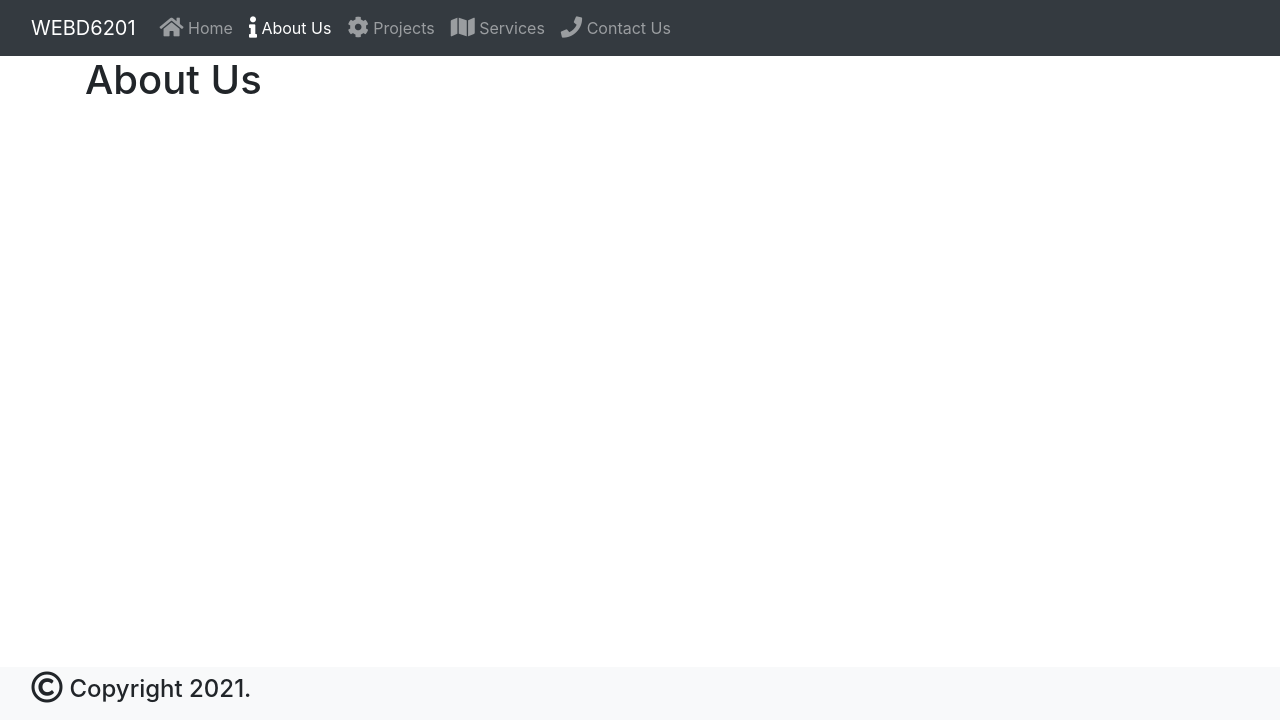
Repository: arbin6ix/ICE-2
Page: about.html
The author's editor kept a copy of each file at every save. The page is drawn from the files as they stood at one save, then again after the next save.
The browser window is 1280 px wide. The pictures show the whole page.

Above is the page before, as saved 2021-02-05 22:08:41.

After the next save:
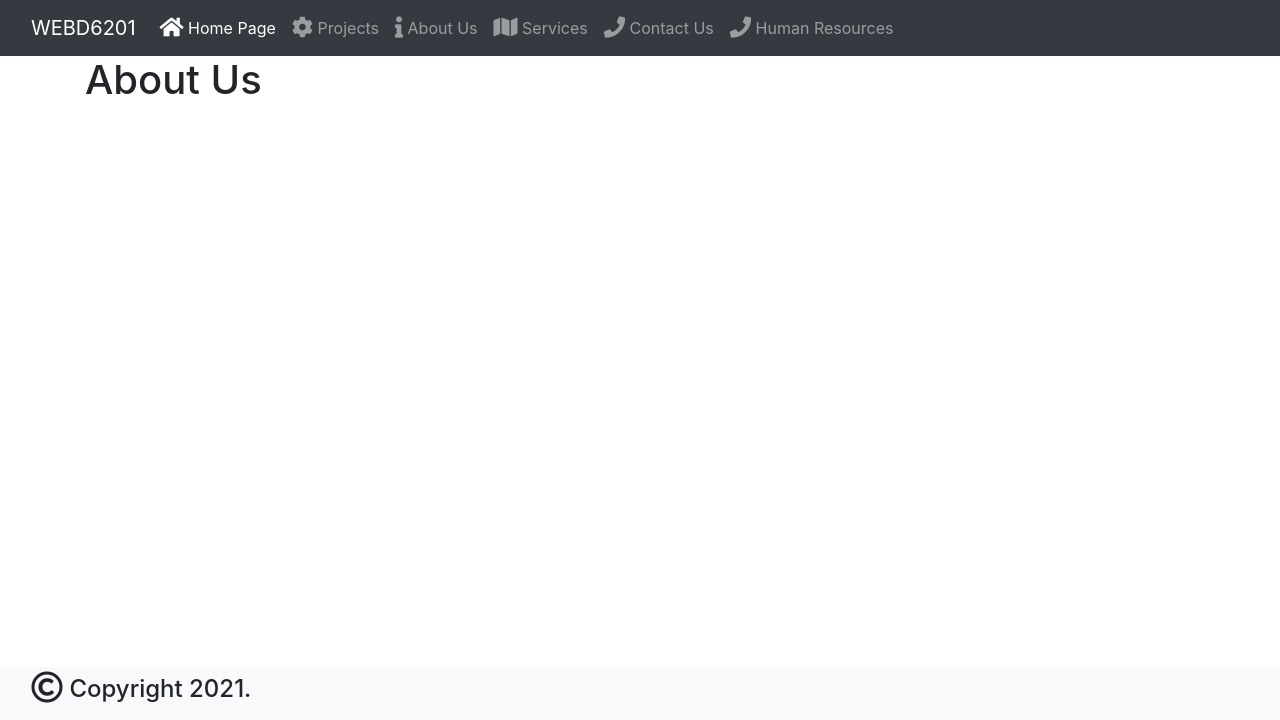
Saved 26 s later.
--- a/about.html
+++ b/about.html
@@ -12,39 +12,43 @@
 <body>
     <!-- Main Header -->
     <header>
-        <!-- Main Navigation -->
-        <nav class="navbar navbar-expand-lg navbar-dark bg-dark">
-            <div class="container-fluid">
-              <a class="navbar-brand" href="index.html">WEBD6201</a>
-              <button class="navbar-toggler" type="button" data-bs-toggle="collapse" data-bs-target="#navbarSupportedContent" aria-controls="navbarSupportedContent" aria-expanded="false" aria-label="Toggle navigation">
-                <span class="navbar-toggler-icon"></span>
-              </button>
-              <div class="collapse navbar-collapse" id="navbarSupportedContent">
-                <ul class="navbar-nav me-auto mb-2 mb-lg-0">
-                  <li class="nav-item">
-                    <a class="nav-link" aria-current="page" href="index.html"><i class="fas fa-home fa-lg"></i> Home</a>
-                  </li>
+       <!-- Main Navigation -->
+       <nav class="navbar navbar-expand-lg navbar-dark bg-dark">
+        <div class="container-fluid">
+          <a class="navbar-brand" href="about.html">WEBD6201</a>
+          <button class="navbar-toggler" type="button" data-bs-toggle="collapse" data-bs-target="#navbarSupportedContent" aria-controls="navbarSupportedContent" aria-expanded="false" aria-label="Toggle navigation">
+            <span class="navbar-toggler-icon"></span>
+          </button>
+          <div class="collapse navbar-collapse" id="navbarSupportedContent";>
+            <ul class="navbar-nav me-auto mb-2 mb-lg-0">
+              <li class="nav-item">
+                <a class="nav-link active" aria-current="page" href="index.html"><i class="fas fa-home fa-lg"></i> Home Page</a>
+              </li>
 
-                  <li class="nav-item">
-                    <a class="nav-link active" aria-current="page" href="about.html"><i class="fas fa-info fa-lg"></i> About Us</a>
-                  </li>
+              <li class="nav-item">
+                <a class="nav-link" aria-current="page" href="projects.html"><i class="fas fa-cog fa-lg"></i> Projects</a>
+              </li>
 
-                  <li class="nav-item">
-                    <a class="nav-link" aria-current="page" href="projects.html"><i class="fas fa-cog fa-lg"></i> Projects</a>
-                  </li>
+              <li class="nav-item">
+                <a class="nav-link" aria-current="page" href="about.html"><i class="fas fa-info fa-lg"></i> About Us</a>
+              </li>
 
-                  <li class="nav-item">
-                    <a class="nav-link" aria-current="page" href="services.html"><i class="fas fa-map fa-lg"></i> Services</a>
-                  </li>
+              <li class="nav-item">
+                <a class="nav-link" aria-current="page" href="services.html"><i class="fas fa-map fa-lg"></i> Services</a>
+              </li>
 
-                  <li class="nav-item">
-                    <a class="nav-link" aria-current="page" href="contact.html"><i class="fas fa-phone fa-lg"></i> Contact Us</a>
-                  </li>
-                </ul>
-              </div>
-            </div>
-          </nav>
-    </header>
+              <li class="nav-item">
+                <a class="nav-link" aria-current="page" href="contact.html"><i class="fas fa-phone fa-lg"></i> Contact Us</a>
+              </li>
+
+              <li class="nav-item">
+                <a class="nav-link" aria-current="page" href="human-resources.html"><i class="fas fa-phone fa-lg"></i> Human Resources</a>
+              </li>
+            </ul>
+          </div>
+        </div>
+      </nav>
+</header>
 
     <!-- Main Content -->
     <main class="container">
